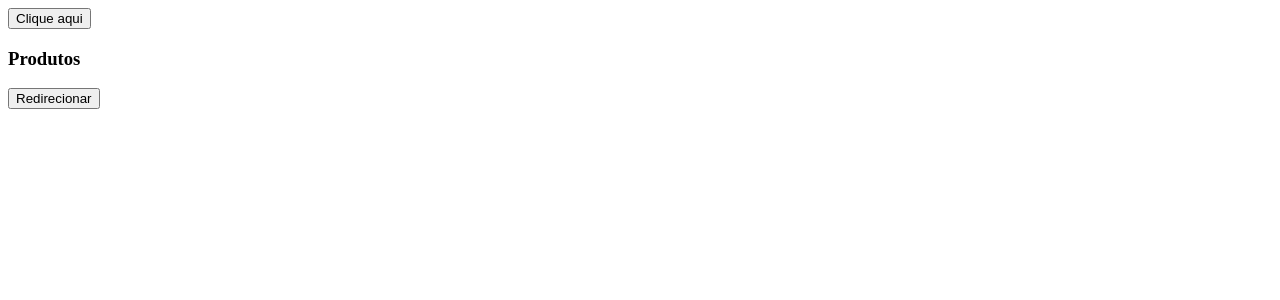
Repository: DaniloBaracho/javascript
Page: index.html
These files come from the project's save history. The page is drawn as it stood at one moment and after the next save; the edit follows.
The browser window is 1280 px wide. The pictures show the whole page.

Above is the page before, as saved 2020-06-08 17:28:56.

### index.html
<!DOCTYPE html>
<html lang="pt-br">
<head>
    <meta charset="utf-8">
    <!--<script type="text/javascript" src="JS/js.js"></script>-->
    <!--<script type="text/javascript" src="JS/logica.js"></script>-->
   <!-- <script type="text/javascript" src="JS/function.js"></script>-->
   <script type="text/javascript" src="JS/butao.js"></script>
    <link rel="script" href="JS/js.js">
</head>
<body>
<button type="button" onclick="butao()">Clique aqui</button>
<h3 id="produtos">Produtos</h3>
<button type="button" onclick="redirecionar()">Redirecionar</button>
</body>
</html>

### JS/butao.js
function butao(){
   document.getElementById("produtos").innerHTML="obrigado por ver os produtos";
}
function redirecionar(){
   // window.open("https://www.ufal.br");
    window.location.href="https://www.ufal.br";
}

After the next save:
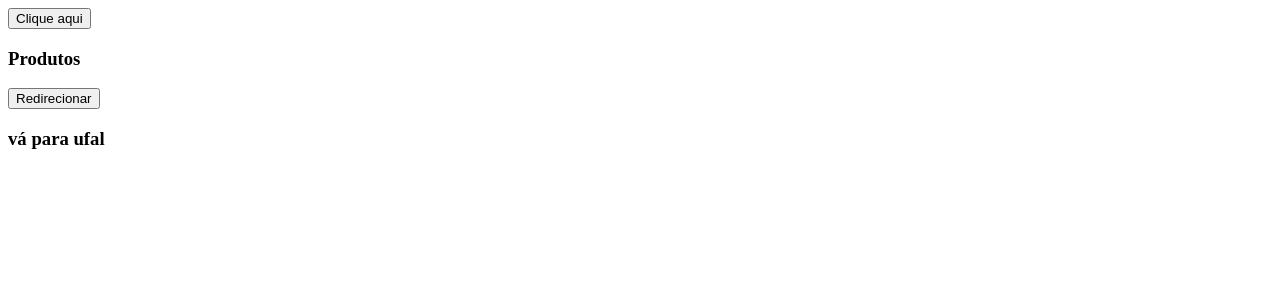
Saved 71 s later.
--- a/index.html
+++ b/index.html
@@ -12,5 +12,6 @@
 <button type="button" onclick="butao()">Clique aqui</button>
 <h3 id="produtos">Produtos</h3>
 <button type="button" onclick="redirecionar()">Redirecionar</button>
+<h3 onclick="redirecionar()">vá para ufal</h3>
 </body>
 </html>
